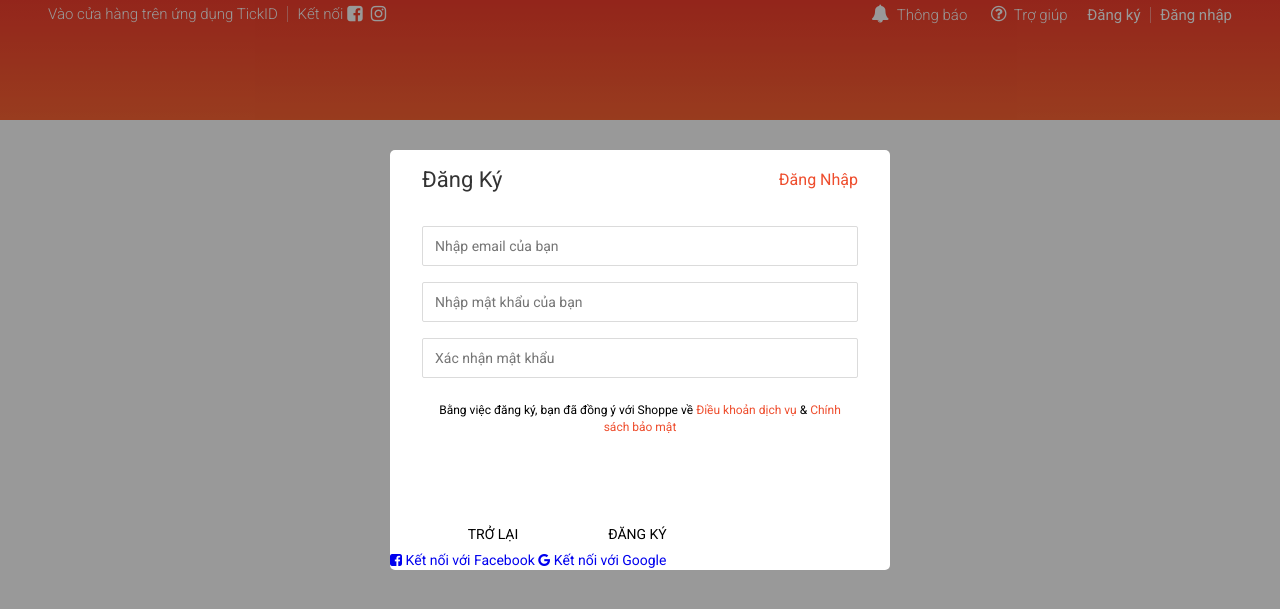
Repository: huydev0401/F8-Shop
Page: index.html
The author's editor kept a copy of each file at every save. The page is drawn from the files as they stood at one save, then again after the next save.
The browser window is 1280 px wide. The pictures show the whole page.

Above is the page before, as saved 2021-08-12 16:20:51.

After the next save:
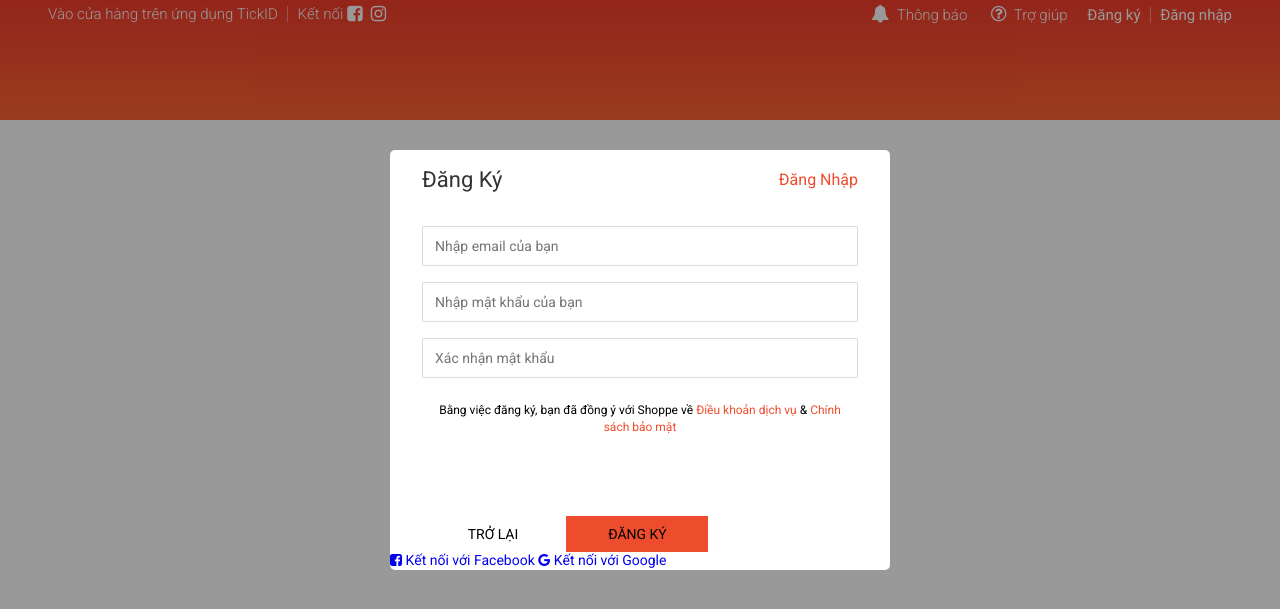
Saved 18 s later.
--- a/assets/css/base.css
+++ b/assets/css/base.css
@@ -78,5 +78,5 @@
 }
 
 .btn.btn--primary {
-
+    background-color: var(--primary_color);
 }
